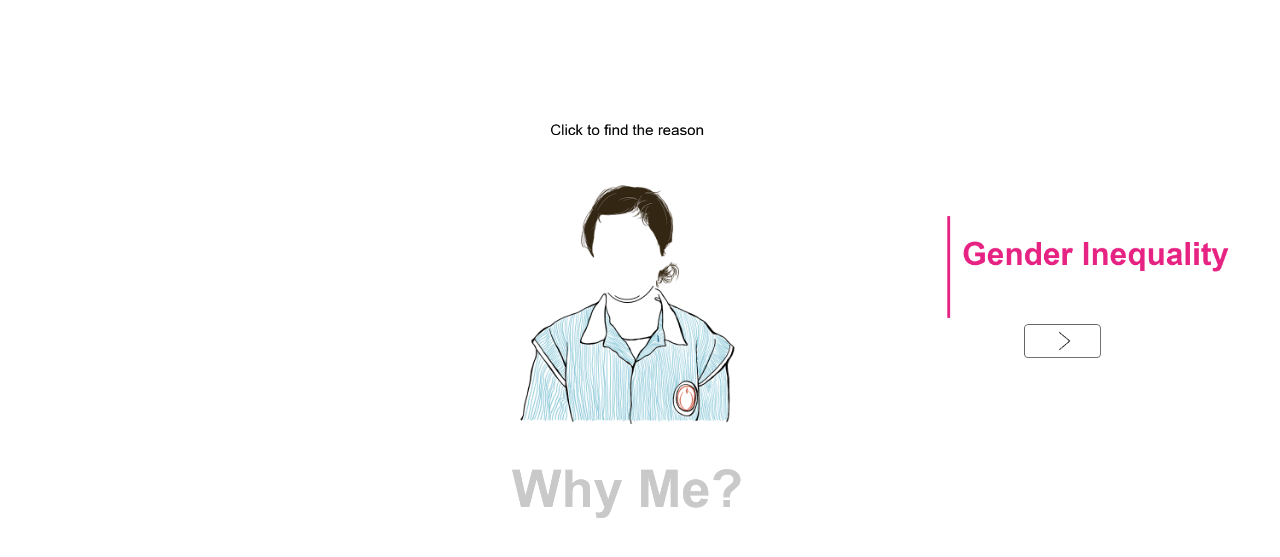
Repository: Lettie123/webpr4
Page: gen.html
An editor plug-in stored every save of this project. The page is shown before and after the next save, followed by the edit.
The browser window is 1280 px wide. The pictures show the whole page.

Above is the page before, as saved 2020-12-03 01:08:29.

After the next save:
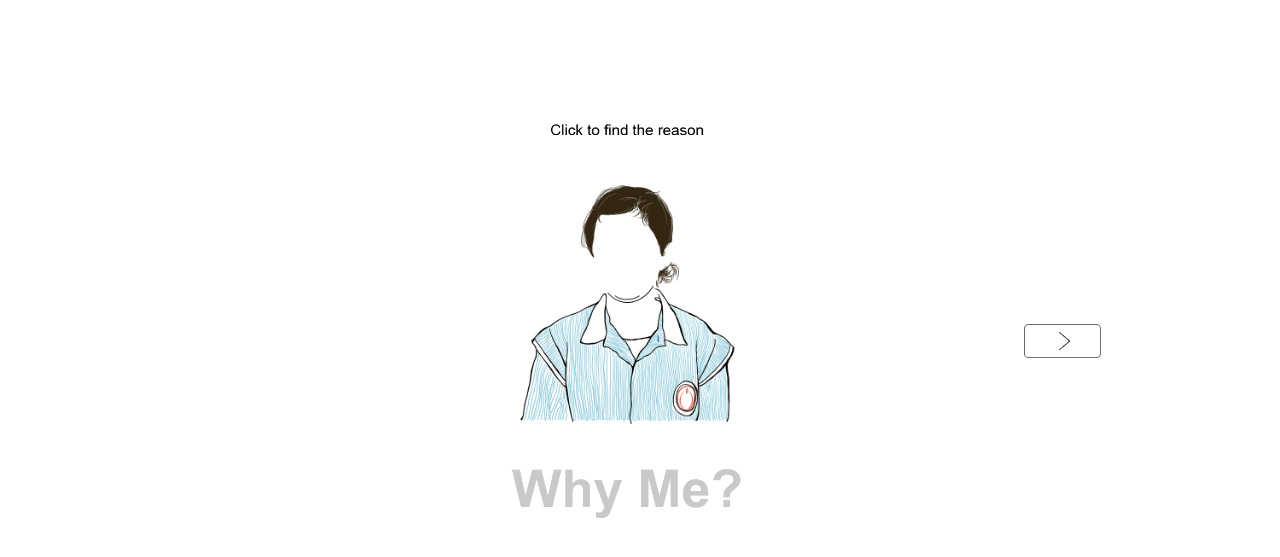
Saved 45 s later.
--- a/gen.html
+++ b/gen.html
@@ -329,7 +329,7 @@
         <div id="gens01" style="width: 22%; position:absolute; top:13%; left:74%">
             <img src="txt/gens01.png" style="width:100%;" >
         </div>
-        <div id="gens02" style="width: 22%; position:absolute; top:30%; left:74%">
+        <div id="gens02" style="width: 22%; position:absolute; top:30%; left:74%; display: none;">
             <img src="txt/gens0.png" style="width:100%;" >
         </div>
 
@@ -429,6 +429,7 @@
             document.getElementById("result").style.display="block";
             document.getElementById("bcross1").style.display="block";
             document.getElementById("gender01").style.display="block";
+            document.getElementById("gens0").style.display="block";
             document.getElementById("line1").style.display="block";
             }
 
